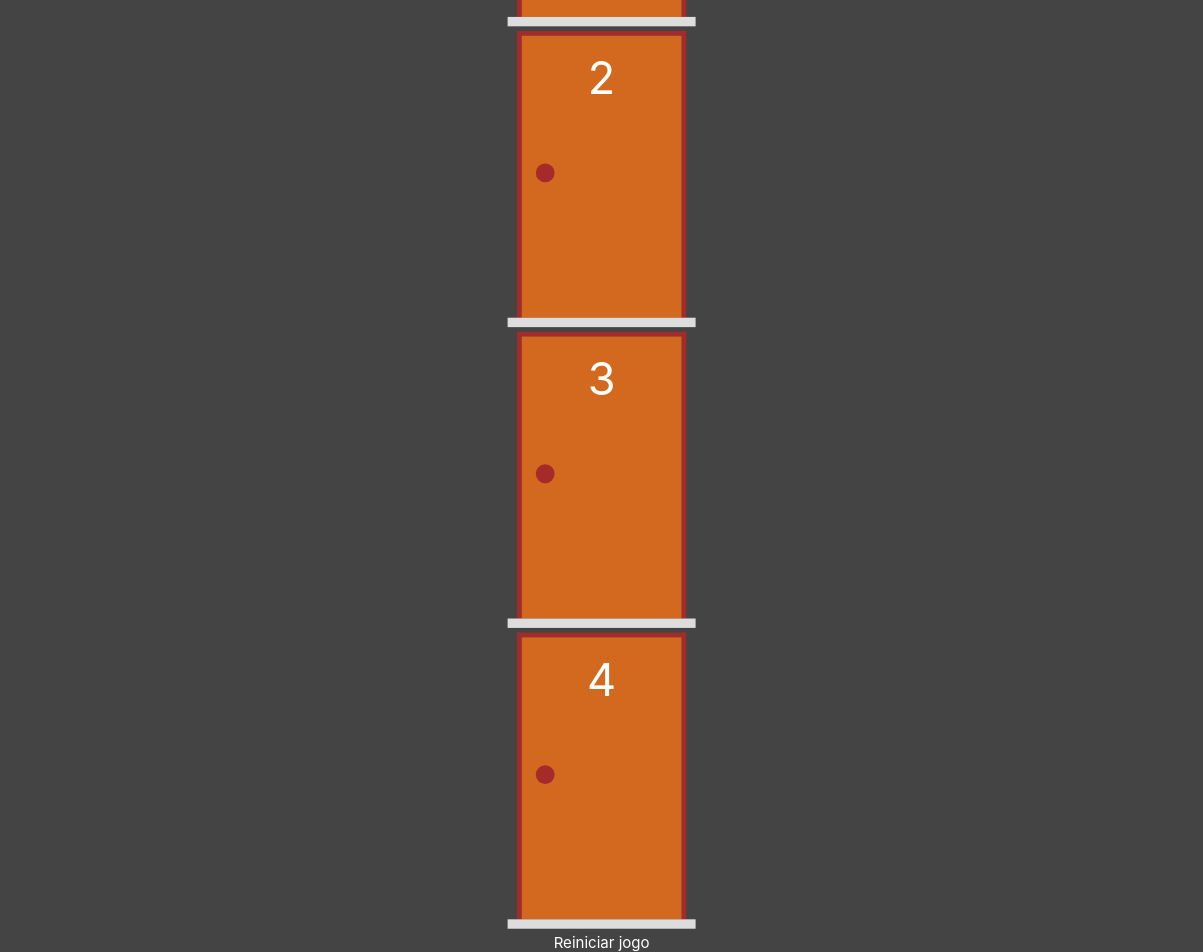
Repository: Mira757/Projeto-Porta-Premiada
Page: /jogo
The author's editor kept a copy of each file at every save. The page is drawn from the files as they stood at one save, then again after the next save.
The browser window is 1280 px wide. The pictures show the whole page, at 94% of full size.
The project was rebuilt for these pictures with package versions that can differ from the ones it lists, and the page was loaded fresh each time. The framework's server and built-in components were replaced by stand-ins that run in the browser. Also part of the build but not shown: next.config.js, styles/Presente.module.css, components/Presente.jsx.

Above is the page before, as saved 2022-03-22 17:07:06.

After the next save:
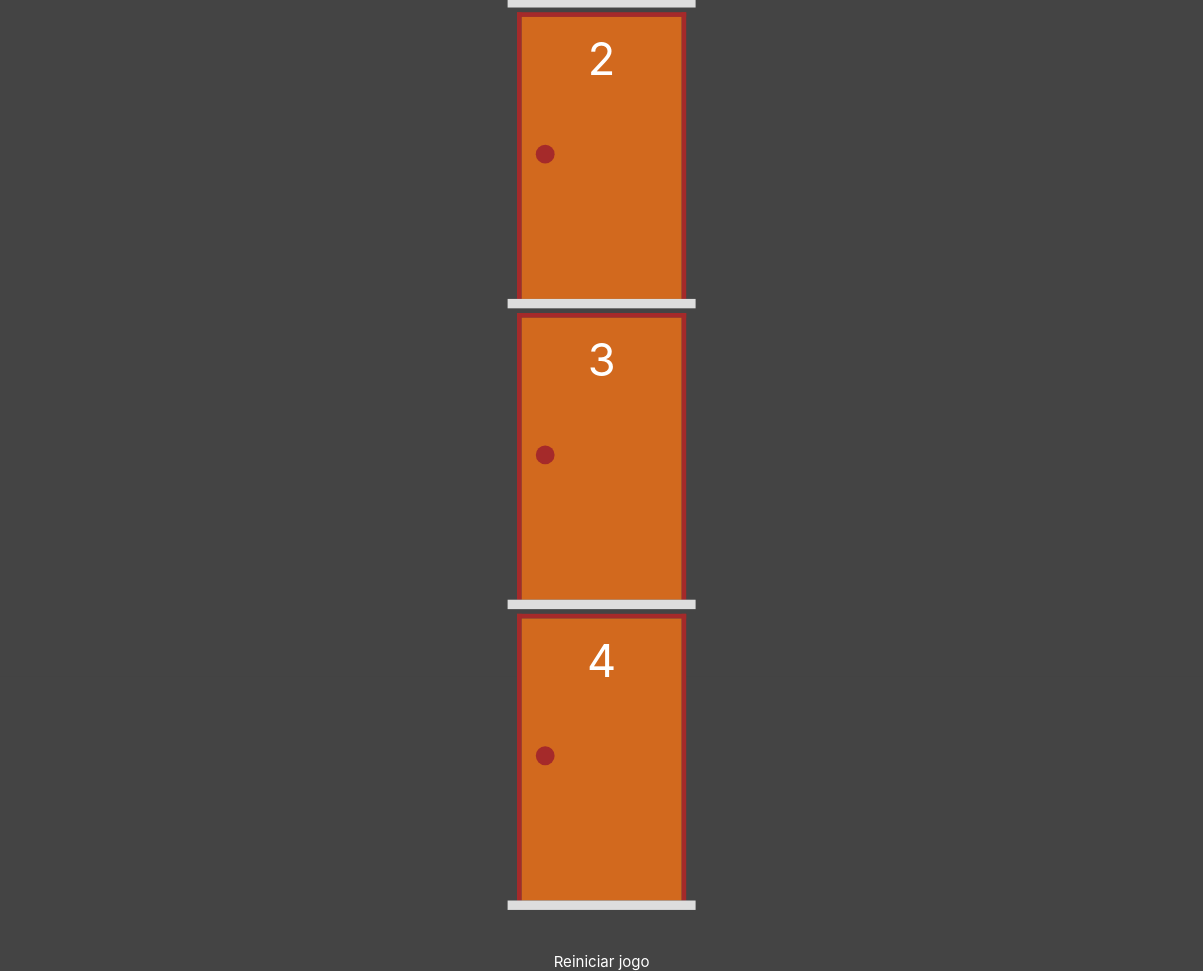
Saved 52 s later.
--- a/styles/Jogo.module.css
+++ b/styles/Jogo.module.css
@@ -12,3 +12,9 @@
   justify-content: space-around;
   flex-wrap: wrap;
 }
+
+.botoes {
+  display: flex;
+  justify-content: center;
+  margin-top: 40px;
+}
